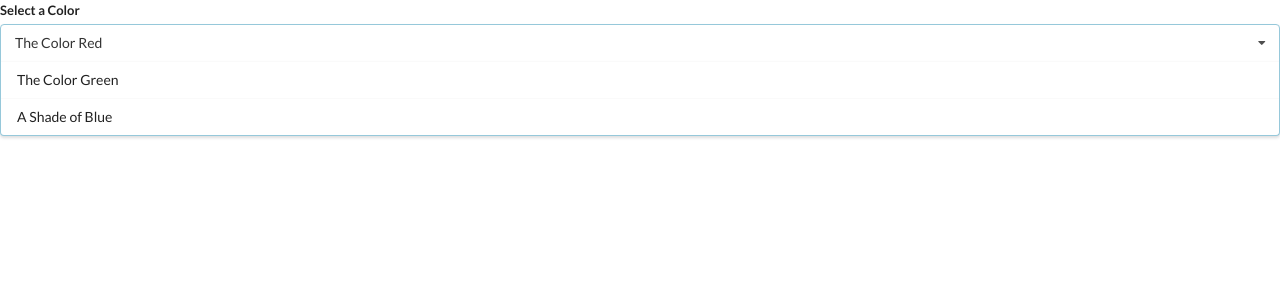
Repository: EgorSherstnev/widgets
Page: /
These files come from the project's save history. The page is drawn as it stood at one moment and after the next save; the edit follows.
The browser window is 1280 px wide. The pictures show the whole page.
Some web libraries are served in a nearby version. The project was rebuilt for these pictures with package versions that can differ from the ones it lists, and the page was loaded fresh each time. Also part of the build but not shown: src/components/Accordion.js, src/components/Search.js.

Above is the page before, as saved 2022-11-01 23:12:43.

### public/index.html
<!DOCTYPE html>
<html lang="en">
  <head>
    <meta charset="utf-8" />
    <link rel="icon" href="%PUBLIC_URL%/favicon.ico" />
    <meta name="viewport" content="width=device-width, initial-scale=1" />
    <meta name="theme-color" content="#000000" />
    <meta
      name="description"
      content="Web site created using create-react-app"
    />
    <link rel="apple-touch-icon" href="%PUBLIC_URL%/logo192.png" />
    <link rel="stylesheet" href="https://cdnjs.cloudflare.com/ajax/libs/semantic-ui/2.5.0/semantic.min.css" />
    <!--
      manifest.json provides metadata used when your web app is installed on a
      user's mobile device or desktop. See https://developers.google.com/web/fundamentals/web-app-manifest/
    -->
    <link rel="manifest" href="%PUBLIC_URL%/manifest.json" />
    <!--
      Notice the use of %PUBLIC_URL% in the tags above.
      It will be replaced with the URL of the `public` folder during the build.
      Only files inside the `public` folder can be referenced from the HTML.

      Unlike "/favicon.ico" or "favicon.ico", "%PUBLIC_URL%/favicon.ico" will
      work correctly both with client-side routing and a non-root public URL.
      Learn how to configure a non-root public URL by running `npm run build`.
    -->
    <title>React App</title>
  </head>
  <body>
    <noscript>You need to enable JavaScript to run this app.</noscript>
    <div id="root"></div>
    <!--
      This HTML file is a template.
      If you open it directly in the browser, you will see an empty page.

      You can add webfonts, meta tags, or analytics to this file.
      The build step will place the bundled scripts into the <body> tag.

      To begin the development, run `npm start` or `yarn start`.
      To create a production bundle, use `npm run build` or `yarn build`.
    -->
  </body>
</html>

### src/index.js
import React from "react";
import ReactDOM from "react-dom";
import App from "./App";


ReactDOM.render(<App />, document.querySelector('#root'))

### src/App.js
import React, { useState } from "react";
import Accordion from "./components/Accordion";
import Search from "./components/Search";
import Dropdown from "./components/Dropdown";

const items = [
    {
        title: 'What is React?',
        content: 'React is a front end javascript framework'
    },
    {
        title: 'Why use React?',
        content: 'React is a favorite library among engineers'
    },
    {
        title: 'How do you use React?',
        content: 'You use React by creating components'
    }
];

const options = [
    {
        label: 'The Color Red',
        value: 'red'
    },
    {
        label: 'The Color Green',
        value: 'green'
    },
    {
        label: 'A Shade of Blue',
        value: 'blue'
    }
];

export default () => {
    const [selected, setSelected] = useState(options[0]);

    return (
        <div>
            <Dropdown
                selected={selected}
                onSelectedChange={setSelected}
                options={options}
            />
        </div>
    );
};

### src/components/Dropdown.js
import React from "react";

const Dropdown = ({ options, selected, onSelectedChange }) => {
    const renderedOptions = options.map((option) => {
        if(option.value === selected.value) {
            return null;
        };

        return(
            <div
                key={option.value}
                className="item"
                onClick={() => onSelectedChange(option)}
            >
                {option.label}
            </div>
        );
    });

    return (
        <div className="ui form">
            <div className="field">
                <label className="label">Select a Color</label>
                <div className="ui selection dropdown visible active">
                    <i className="dropdown icon"></i>
                    <div className="text">{selected.label}</div>
                    <div className="menu visible transition">
                        {renderedOptions}
                    </div>
                </div>
            </div>
        </div>
    );
};

export default Dropdown;

After the next save:
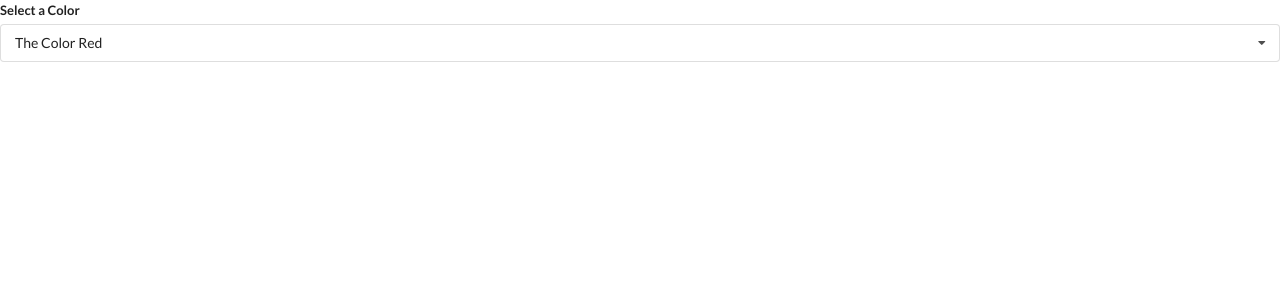
Saved 20 h 43 min later.
--- a/src/components/Dropdown.js
+++ b/src/components/Dropdown.js
@@ -21,10 +21,10 @@
         <div className="ui form">
             <div className="field">
                 <label className="label">Select a Color</label>
-                <div className="ui selection dropdown visible active">
+                <div className="ui selection dropdown">
                     <i className="dropdown icon"></i>
                     <div className="text">{selected.label}</div>
-                    <div className="menu visible transition">
+                    <div className="menu">
                         {renderedOptions}
                     </div>
                 </div>

After the save that followed:
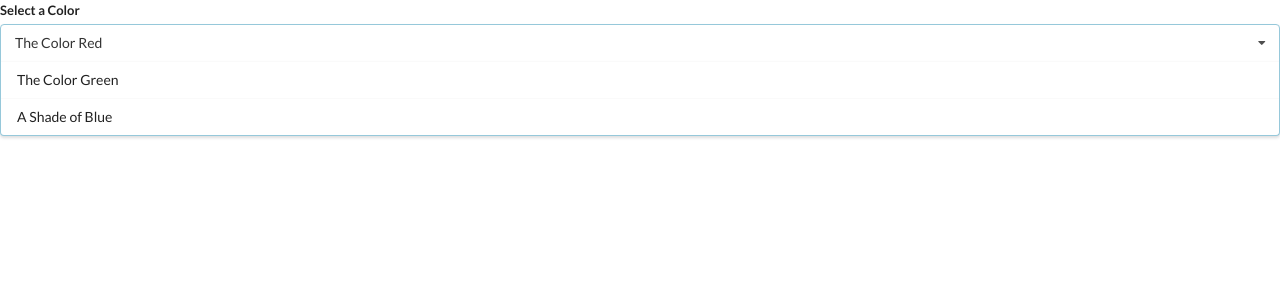
Saved 77 s later.
--- a/src/components/Dropdown.js
+++ b/src/components/Dropdown.js
@@ -21,10 +21,10 @@
         <div className="ui form">
             <div className="field">
                 <label className="label">Select a Color</label>
-                <div className="ui selection dropdown">
+                <div className="ui selection dropdown visible active">
                     <i className="dropdown icon"></i>
                     <div className="text">{selected.label}</div>
-                    <div className="menu">
+                    <div className="menu visible transition">
                         {renderedOptions}
                     </div>
                 </div>
